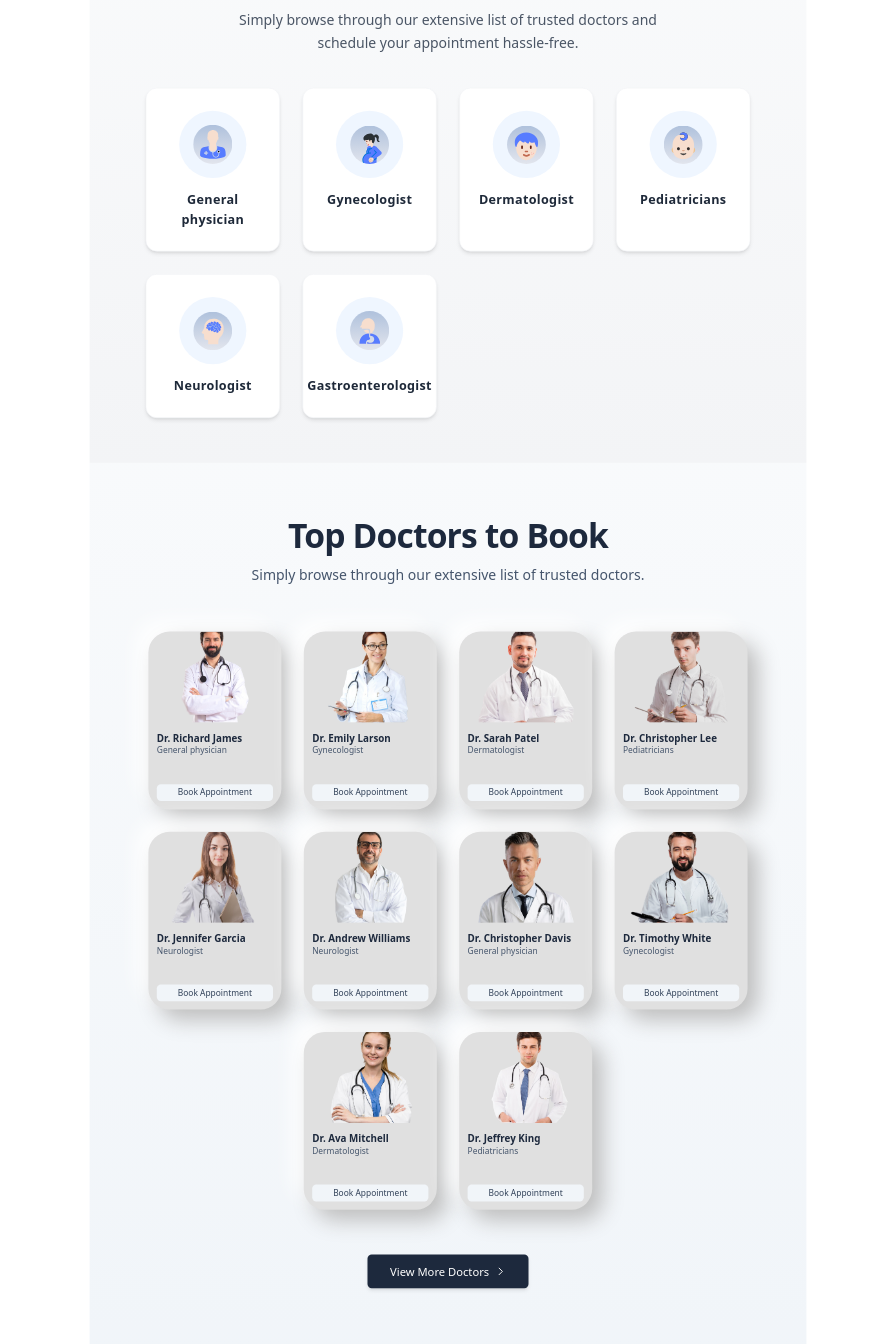
Repository: Pran2535/appointement_booking
Page: / (app in frontend/)
The author's editor kept a copy of each file at every save. The page is drawn from the files as they stood at one save, then again after the next save.
The browser window is 1280 px wide. The pictures show the part of the page from y = 796 to 2716 px (the page is 2716 px tall before and 2654 px after), at 70% of full size.
The project was rebuilt for these pictures with package versions that can differ from the ones it lists, and the page was loaded fresh each time. Also part of the build but not shown: frontend/vite.config.js, frontend/src/pages/About.jsx, frontend/src/pages/MyAppointments.jsx, frontend/src/pages/Doctors.jsx, frontend/src/pages/Login.jsx, frontend/src/pages/Contact.jsx, frontend/src/pages/MyProfile.jsx, frontend/src/pages/Appointment.jsx.

Above is the page before, as saved 2025-02-16 21:45:59.

After the next save:
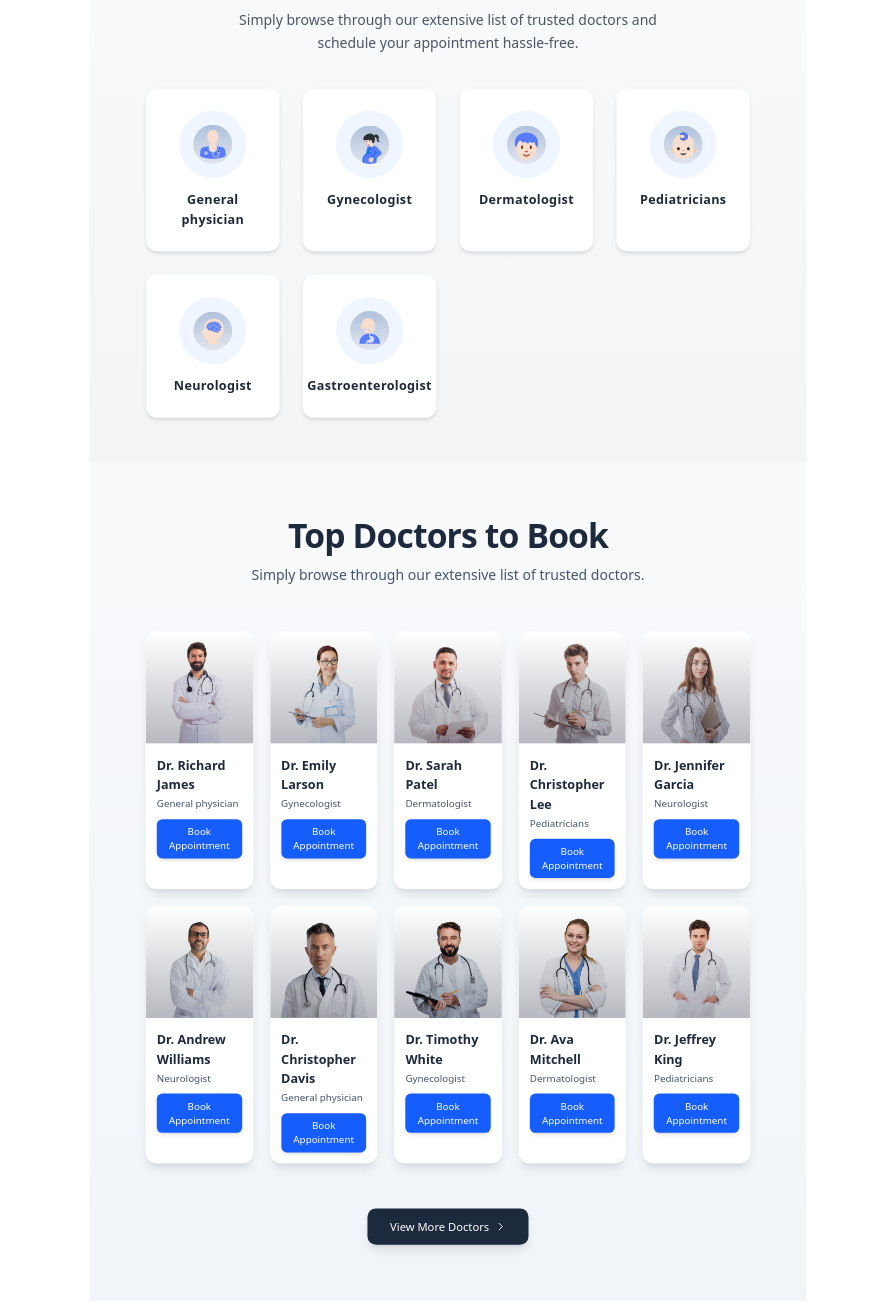
Saved 3 min 30 s later.
--- a/frontend/src/components/TopDoctors.jsx
+++ b/frontend/src/components/TopDoctors.jsx
@@ -16,43 +16,46 @@
         </header>
 
         {/* Doctors Grid */}
-        <div className="flex flex-wrap gap-8 justify-center">
+        <div className="grid grid-cols-1 sm:grid-cols-2 md:grid-cols-3 lg:grid-cols-4 xl:grid-cols-5 gap-6 justify-center">
           {doctors.slice(0, 10).map((doctor, index) => (
             <div
               key={index}
-              // From Uiverse.io by adamgiebl
-              className="group w-[190px] h-[254px] bg-[#e0e0e0] rounded-[30px] shadow-[15px_15px_30px_#bebebe,_-15px_-15px_30px_#ffffff] transition-all duration-300 transform hover:-translate-y-1 flex flex-col overflow-hidden"
+              className="relative group bg-white rounded-2xl shadow-lg hover:shadow-xl transition-all duration-300 ease-[cubic-bezier(0.4,0,0.2,1)] transform hover:-translate-y-2 overflow-hidden"
             >
               {/* Image Container */}
-              <div className="relative h-[130px] overflow-hidden">
+              <div className="relative h-40 overflow-hidden">
                 <img
                   src={doctor.image}
                   alt={doctor.name}
-                  className="w-full h-full object-cover"
+                  className="w-full h-full object-cover transform group-hover:scale-105 transition-transform duration-300"
                 />
+                <div className="absolute inset-0 bg-gradient-to-t from-slate-900/30 to-transparent" />
               </div>
 
               {/* Details Container */}
-              <div className="flex-grow p-3 flex flex-col justify-between">
+              <div className="p-4 flex flex-col justify-between">
                 <div>
-                  <h3 className="text-sm font-semibold text-slate-800">
+                  <h3 className="text-lg font-semibold text-slate-800 mb-1">
                     {doctor.name}
                   </h3>
-                  <p className="text-xs text-slate-600">
+                  <p className="text-sm text-slate-600 mb-3">
                     {doctor.speciality}
                   </p>
                 </div>
-                <button className="mt-2 py-1 px-2 bg-slate-100 text-slate-700 rounded-md text-xs font-medium hover:bg-slate-200 transition-colors duration-300">
+                <button className="w-full py-2 px-4 bg-blue-600 text-white text-sm font-medium rounded-lg hover:bg-blue-700 transition-colors duration-300 shadow-md hover:shadow-blue-600/20">
                   Book Appointment
                 </button>
               </div>
+
+              {/* Hover Border Effect */}
+              <div className="absolute inset-0 border-2 border-transparent group-hover:border-blue-500/20 rounded-2xl transition-all duration-300 pointer-events-none" />
             </div>
           ))}
         </div>
 
         {/* More Button */}
         <div className="flex justify-center mt-16">
-          <button className="group relative px-8 py-3 bg-slate-800 text-white font-medium rounded-md overflow-hidden shadow-md hover:shadow-lg transition-all duration-300">
+          <button className="group relative px-8 py-3.5 bg-slate-800 text-white font-medium rounded-xl overflow-hidden shadow-lg hover:shadow-xl transition-all duration-300">
             <span className="relative z-10 flex items-center space-x-2">
               <span>View More Doctors</span>
               <svg
@@ -64,7 +67,7 @@
                 <path strokeLinecap="round" strokeLinejoin="round" strokeWidth={2} d="M9 5l7 7-7 7" />
               </svg>
             </span>
-            <div className="absolute inset-0 bg-slate-700 transform scale-x-0 group-hover:scale-x-100 transition-transform duration-300 origin-left" />
+            <div className="absolute inset-0 bg-gradient-to-r from-blue-600 to-blue-500 transform -translate-x-full group-hover:translate-x-0 transition-transform duration-300" />
           </button>
         </div>
       </div>

After the save that followed:
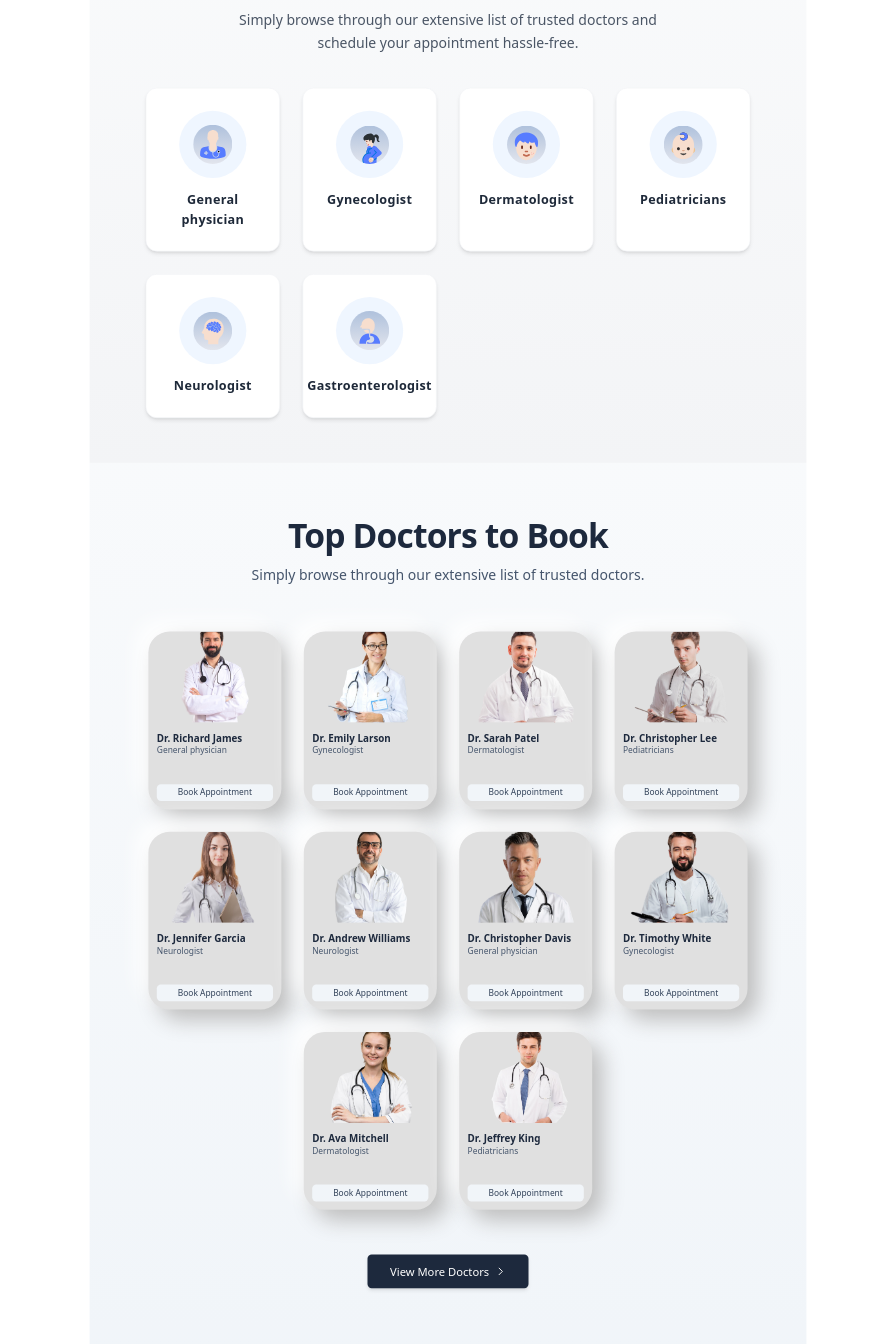
Saved 12 s later.
--- a/frontend/src/components/TopDoctors.jsx
+++ b/frontend/src/components/TopDoctors.jsx
@@ -16,46 +16,43 @@
         </header>
 
         {/* Doctors Grid */}
-        <div className="grid grid-cols-1 sm:grid-cols-2 md:grid-cols-3 lg:grid-cols-4 xl:grid-cols-5 gap-6 justify-center">
+        <div className="flex flex-wrap gap-8 justify-center">
           {doctors.slice(0, 10).map((doctor, index) => (
             <div
               key={index}
-              className="relative group bg-white rounded-2xl shadow-lg hover:shadow-xl transition-all duration-300 ease-[cubic-bezier(0.4,0,0.2,1)] transform hover:-translate-y-2 overflow-hidden"
+              // From Uiverse.io by adamgiebl
+              className="group w-[190px] h-[254px] bg-[#e0e0e0] rounded-[30px] shadow-[15px_15px_30px_#bebebe,_-15px_-15px_30px_#ffffff] transition-all duration-300 transform hover:-translate-y-1 flex flex-col overflow-hidden"
             >
               {/* Image Container */}
-              <div className="relative h-40 overflow-hidden">
+              <div className="relative h-[130px] overflow-hidden">
                 <img
                   src={doctor.image}
                   alt={doctor.name}
-                  className="w-full h-full object-cover transform group-hover:scale-105 transition-transform duration-300"
+                  className="w-full h-full object-cover"
                 />
-                <div className="absolute inset-0 bg-gradient-to-t from-slate-900/30 to-transparent" />
               </div>
 
               {/* Details Container */}
-              <div className="p-4 flex flex-col justify-between">
+              <div className="flex-grow p-3 flex flex-col justify-between">
                 <div>
-                  <h3 className="text-lg font-semibold text-slate-800 mb-1">
+                  <h3 className="text-sm font-semibold text-slate-800">
                     {doctor.name}
                   </h3>
-                  <p className="text-sm text-slate-600 mb-3">
+                  <p className="text-xs text-slate-600">
                     {doctor.speciality}
                   </p>
                 </div>
-                <button className="w-full py-2 px-4 bg-blue-600 text-white text-sm font-medium rounded-lg hover:bg-blue-700 transition-colors duration-300 shadow-md hover:shadow-blue-600/20">
+                <button className="mt-2 py-1 px-2 bg-slate-100 text-slate-700 rounded-md text-xs font-medium hover:bg-slate-200 transition-colors duration-300">
                   Book Appointment
                 </button>
               </div>
-
-              {/* Hover Border Effect */}
-              <div className="absolute inset-0 border-2 border-transparent group-hover:border-blue-500/20 rounded-2xl transition-all duration-300 pointer-events-none" />
             </div>
           ))}
         </div>
 
         {/* More Button */}
         <div className="flex justify-center mt-16">
-          <button className="group relative px-8 py-3.5 bg-slate-800 text-white font-medium rounded-xl overflow-hidden shadow-lg hover:shadow-xl transition-all duration-300">
+          <button className="group relative px-8 py-3 bg-slate-800 text-white font-medium rounded-md overflow-hidden shadow-md hover:shadow-lg transition-all duration-300">
             <span className="relative z-10 flex items-center space-x-2">
               <span>View More Doctors</span>
               <svg
@@ -67,7 +64,7 @@
                 <path strokeLinecap="round" strokeLinejoin="round" strokeWidth={2} d="M9 5l7 7-7 7" />
               </svg>
             </span>
-            <div className="absolute inset-0 bg-gradient-to-r from-blue-600 to-blue-500 transform -translate-x-full group-hover:translate-x-0 transition-transform duration-300" />
+            <div className="absolute inset-0 bg-slate-700 transform scale-x-0 group-hover:scale-x-100 transition-transform duration-300 origin-left" />
           </button>
         </div>
       </div>
